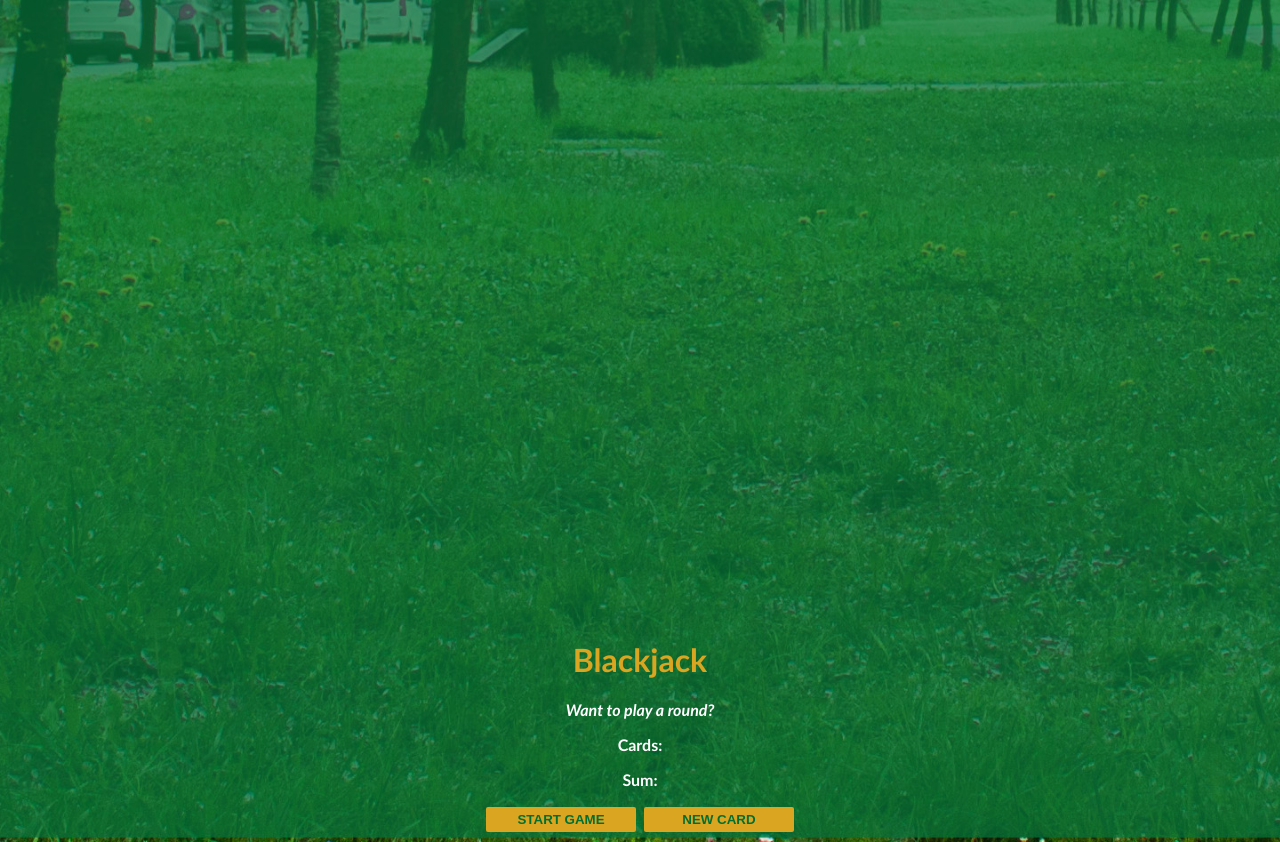
Repository: Samkiroko/black_jack
Page: index.html
An editor plug-in stored every save of this project. The page is shown before and after the next save, followed by the edit.
The browser window is 1280 px wide. The pictures show the whole page.
After loading, the first visible `button` was clicked once.

Above is the page before, as saved 2022-04-30 12:32:07.
Console error: ReferenceError: startGame is not defined

### index.html
<!DOCTYPE html>
<html lang="en">

<head>
    <meta charset="UTF-8">
    <meta http-equiv="X-UA-Compatible" content="IE=edge">
    <meta name="viewport" content="width=device-width, initial-scale=1.0">
    <link rel="stylesheet" href="index.css">
    <title>Document</title>
</head>

<body>
    <h1>Blackjack</h1>
    <p id="message-el">Want to play a round?</p>
    <p id="cards-el">Cards:</p>
    <p id="sum-el">Sum:</p>
    <button onclick="startGame()">START GAME</button>
    <button onclick="newCard()">NEW CARD</button>
    <!-- 1. Create a NEW CARD button, make it run newCard() on click -->
    <script src="index.js"></script>

</body>

</html>

### index.css
body {
    font-family: 'Trebuchet MS', 'Lucida Sans Unicode', 'Lucida Grande', Arial, sans-serif;
    background-image: url('img/green.jpg');
    background-size: cover;
    font-weight: bold;
    color: white;
    text-align: center;
    display: block;
    margin-left: auto;
    margin-right: auto;
    margin-top: 50%;
}

h1 {
    color: goldenrod;
}

#message-el {
    font-style: italic;
}


/* 3. Make sure that the two buttons have some space between
each other when they are rendered out vertically */

button {
    color: #016f32;
    width: 150px;
    background: goldenrod;
    padding-top: 5px;
    padding-bottom: 5px;
    font-weight: bold;
    border: none;
    border-radius: 2px;
    margin: 2px;
}

### index.js
let firstCard = 10
let secondCard = 4
let sum = firstCard + secondCard
let hasBlackJack = false
let isAlive = true
let message = ''
let messageEl = document.getElementById('message-el')
let sumEl = document.getElementById('sum-el')
let cardsEl = document.getElementById('cards-el')

function renderGame() {
  cardsEl.textContent = 'Cards: ' + firstCard + ' ' + secondCard
  sumEl.textContent = 'Sum: ' + sum
  if (sum <= 20) {
    message = 'Do you want to draw a new card?'
  } else if (sum === 21) {
    message = "You've got Blackjack!"
    hasBlackJack = true
  } else {
    message = "You're out of the game!"
    isAlive = false
  }
  messageEl.textContent = message
}

// 2. Create a function newCard() that logs out "Drawing a new card from the deck!"

function newCard() {
  console.log('Drawing a new card from the deck')
  let newCard = 7
  sum += newCard
  renderGame()
}

After the next save:
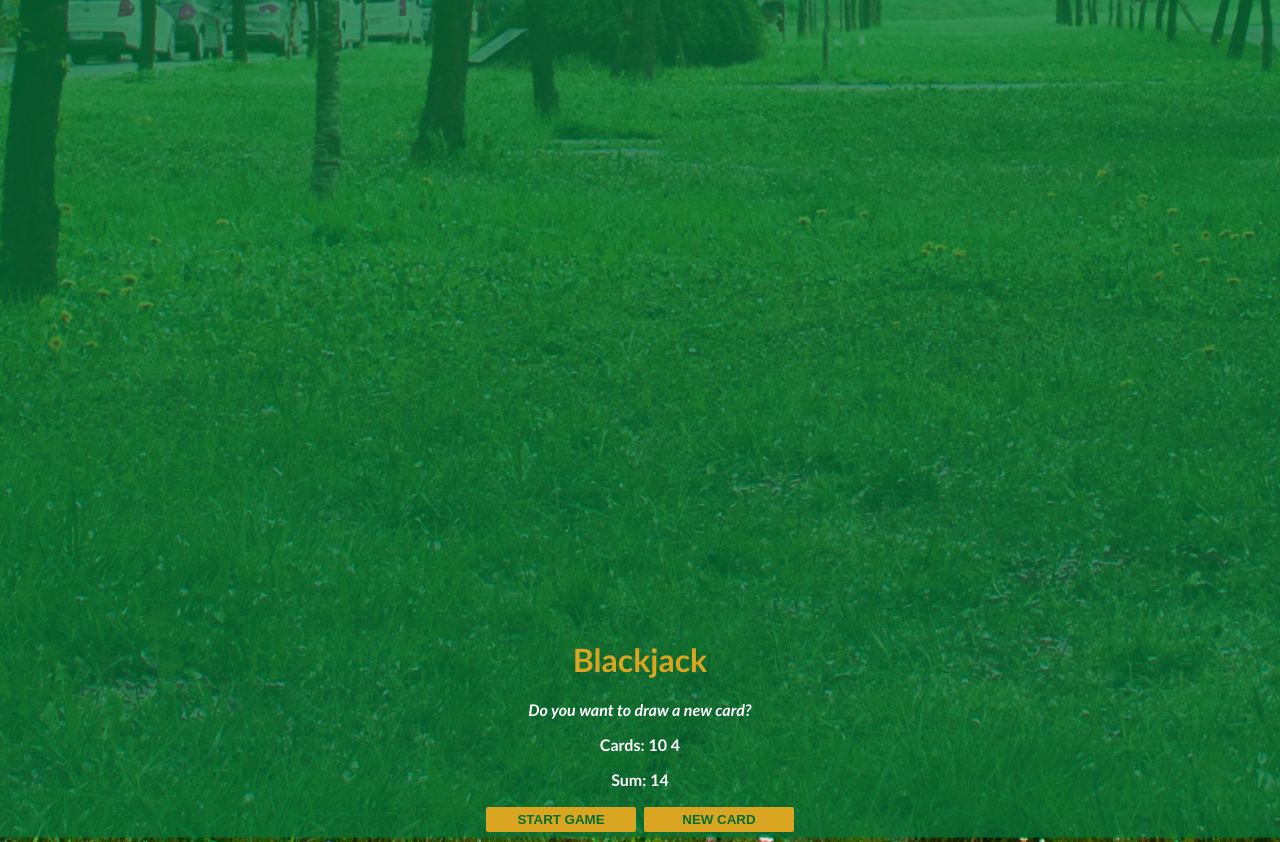
The error is gone.
Saved 98 s later.
--- a/index.js
+++ b/index.js
@@ -7,6 +7,10 @@ let message = ''
 let messageEl = document.getElementById('message-el')
 let sumEl = document.getElementById('sum-el')
 let cardsEl = document.getElementById('cards-el')
+
+function startGame() {
+  renderGame()
+}
 
 function renderGame() {
   cardsEl.textContent = 'Cards: ' + firstCard + ' ' + secondCard
